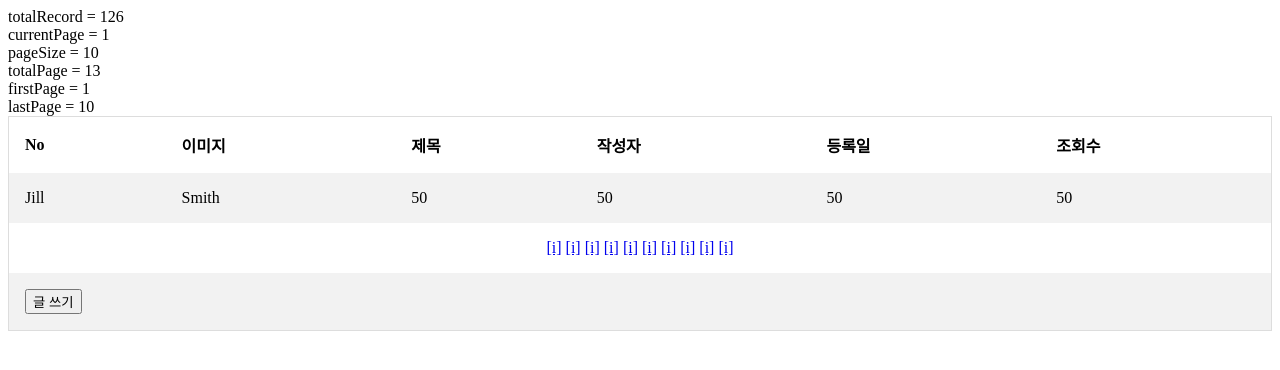
Repository: SyngyeonTak/javaee_workspace
Page: http://localhost/MySite/board/list.jsp
These files come from the project's save history. The page is drawn as it stood at one moment and after the next save; the edit follows.
The browser window is 1280 px wide. The pictures show the whole page.
The page is served by Tomcat 9.

Above is the page before, as saved 2020-12-11 07:56:12.

After the next save:
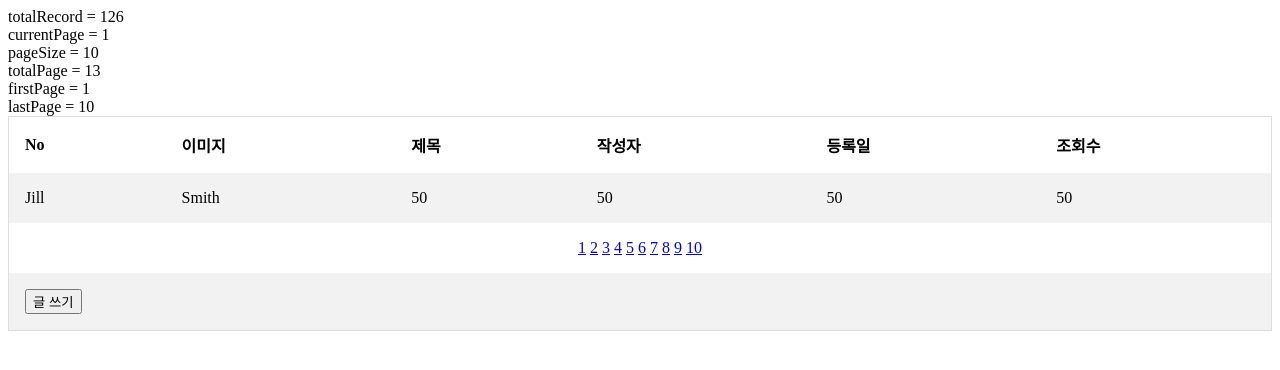
Saved 15 s later.
--- a/MySite/WebContent/board/list.jsp
+++ b/MySite/WebContent/board/list.jsp
@@ -71,7 +71,7 @@ tr:nth-child(even) {
 		<tr>
 			<td colspan="6" style = "text-align:center;">
 				<%for(int i=firstPage; i<=lastPage; i++){ %>
-					<a href = "list.jsp?currentPage=<%=i%>">[i]</a>
+					<a href = "list.jsp?currentPage=<%=i%>"><%=i%></a>
 				<%} %>
 			</td>
 		</tr>
